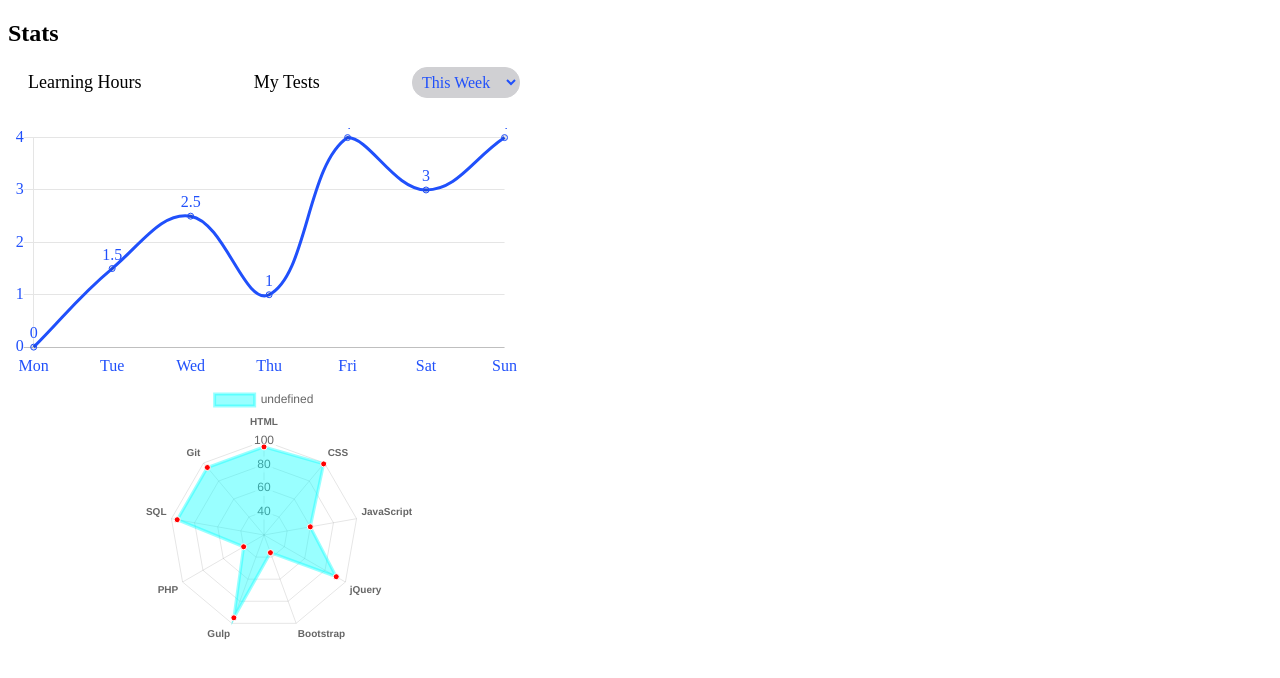
Repository: rafalzacher1/smartify-interface
Page: graphs/learning_graph.html
These files come from the project's save history. The page is drawn as it stood at one moment and after the next save; the edit follows.
The browser window is 1280 px wide. The pictures show the whole page.
Some web fonts or font styles are not loaded; a fallback is used. Some web libraries are served in a nearby version.

Above is the page before, as saved 2022-06-30 01:22:33.

After the next save:
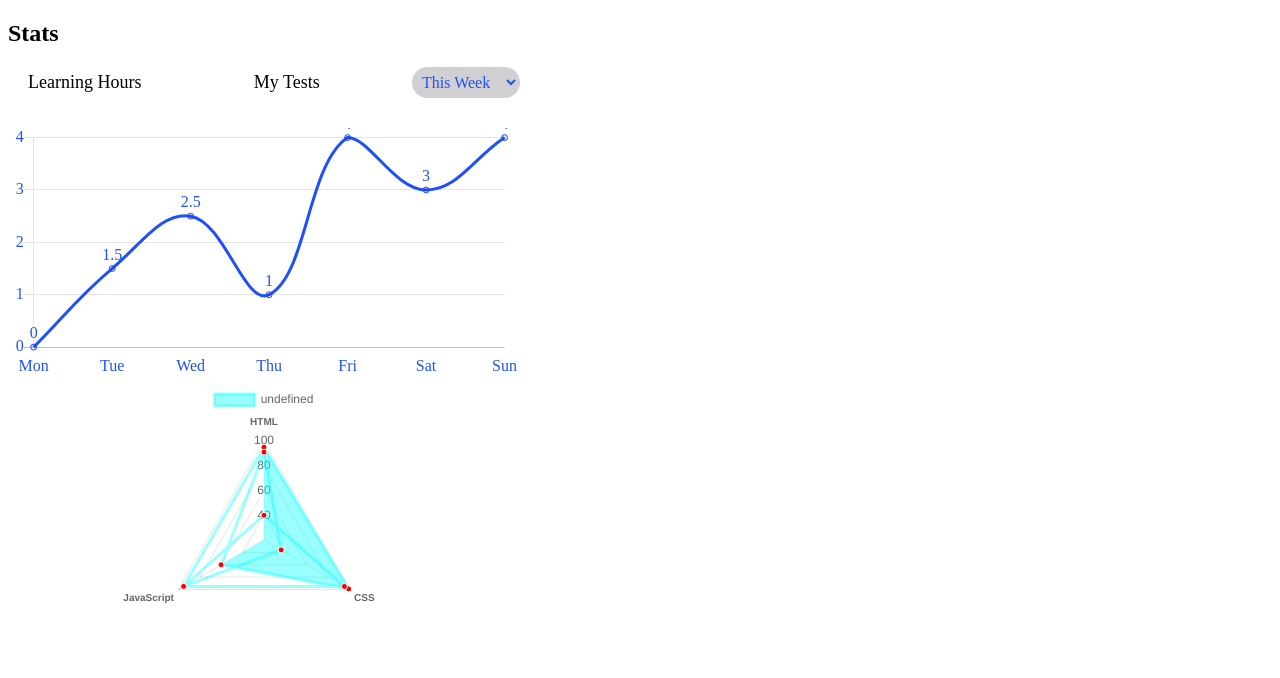
Saved 15 s later.
--- a/graphs/scripts/tests.js
+++ b/graphs/scripts/tests.js
@@ -37,7 +37,7 @@
 
 var ctx = document.getElementById("tests");
     var data = {
-    labels: ["HTML", "CSS", "JavaScript", "jQuery", "Bootstrap", "Gulp", "PHP", 'SQL', 'Git'],
+    labels: ["HTML", "CSS", "JavaScript"],
     datasets: [
         {
             defaultFontColor: 'red',

After the save that followed:
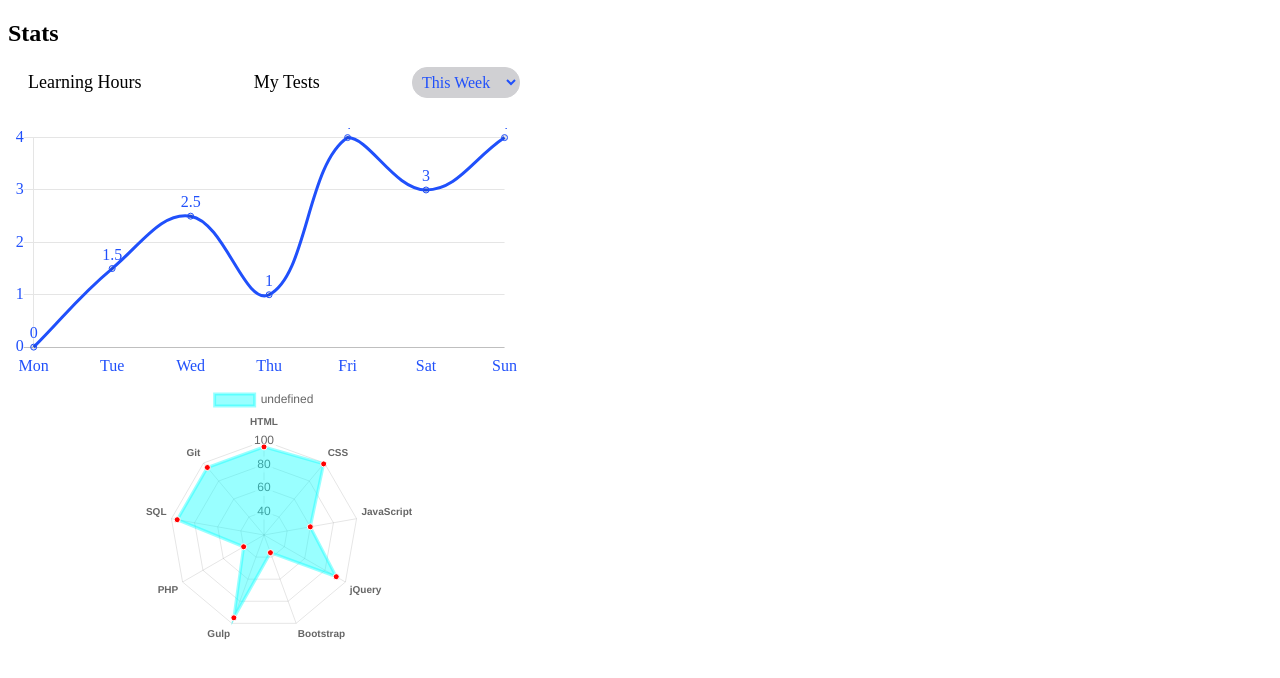
Saved 4 s later.
--- a/graphs/scripts/tests.js
+++ b/graphs/scripts/tests.js
@@ -37,7 +37,7 @@
 
 var ctx = document.getElementById("tests");
     var data = {
-    labels: ["HTML", "CSS", "JavaScript"],
+    labels: ["HTML", "CSS", "JavaScript", "jQuery", "Bootstrap", "Gulp", "PHP", 'SQL', 'Git'],
     datasets: [
         {
             defaultFontColor: 'red',
